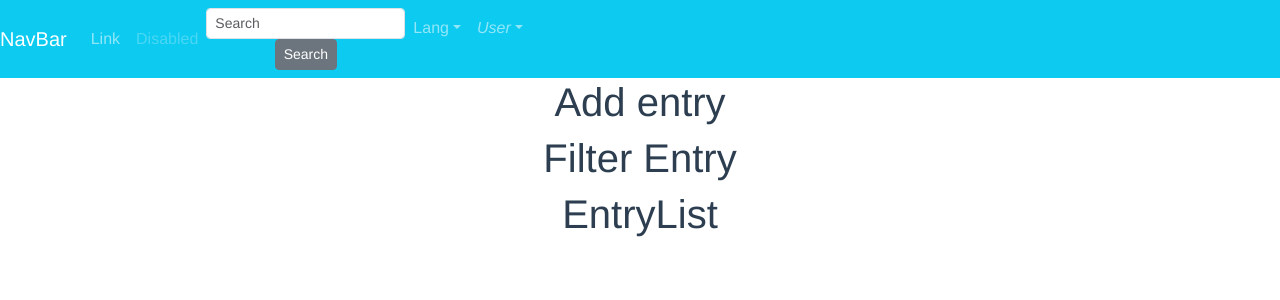
Repository: Madaless/vue_elastic
Page: / (app in vuejsapp/crudapp/)
An editor plug-in stored every save of this project. The page is shown before and after the next save, followed by the edit.
The browser window is 1280 px wide. The pictures show the whole page.
The page's requests for data from a server got no answer. The project was rebuilt for these pictures with package versions that can differ from the ones it lists, and the page was loaded fresh each time. No one was signed in, and anything a server would have sent is missing.

Above is the page before, as saved 2021-09-09 15:04:17.

### vuejsapp/crudapp/src/main.js
import Vue from 'vue'
import App from './App.vue'
import store from  './store/index'
import { BootstrapVue, IconsPlugin } from 'bootstrap-vue'

// Import Bootstrap an BootstrapVue CSS files (order is important)
import 'bootstrap/dist/css/bootstrap.css'
import 'bootstrap-vue/dist/bootstrap-vue.css'

// Make BootstrapVue available throughout your project
Vue.use(BootstrapVue)
// Optionally install the BootstrapVue icon components plugin
Vue.use(IconsPlugin)

Vue.config.productionTip = false

new Vue({
  store,
  render: h => h(App),
}).$mount('#app')

### vuejsapp/crudapp/src/App.vue
<template>
  <div id="app">
     <b-navbar toggleable="lg" type="dark" variant="info">
    <b-navbar-brand href="#">NavBar</b-navbar-brand>

    <b-navbar-toggle target="nav-collapse"></b-navbar-toggle>

    <b-collapse id="nav-collapse" is-nav>
      <b-navbar-nav>
        <b-nav-item href="#">Link</b-nav-item>
        <b-nav-item href="#" disabled>Disabled</b-nav-item>
      </b-navbar-nav>

      <!-- Right aligned nav items -->
      <b-navbar-nav class="ml-auto">
        <b-nav-form>
          <b-form-input size="sm" class="mr-sm-2" placeholder="Search"></b-form-input>
          <b-button size="sm" class="my-2 my-sm-0" type="submit">Search</b-button>
        </b-nav-form>

        <b-nav-item-dropdown text="Lang" right>
          <b-dropdown-item href="#">EN</b-dropdown-item>
          <b-dropdown-item href="#">ES</b-dropdown-item>
          <b-dropdown-item href="#">RU</b-dropdown-item>
          <b-dropdown-item href="#">FA</b-dropdown-item>
        </b-nav-item-dropdown>

        <b-nav-item-dropdown right>
          <!-- Using 'button-content' slot -->
          <template #button-content>
            <em>User</em>
          </template>
          <b-dropdown-item href="#">Profile</b-dropdown-item>
          <b-dropdown-item href="#">Sign Out</b-dropdown-item>
        </b-nav-item-dropdown>
      </b-navbar-nav>
    </b-collapse>
  </b-navbar>
    <AddEntry/>
    <FilterEntry/>
    <EntryList/>
  </div>
</template>

<script>
import AddEntry from './components/AddEntry.vue'
import FilterEntry from './components/FilterEntry.vue'
import EntryList from './components/EntryList.vue'


export default {
  name: 'App',
  components: {
    AddEntry,
    FilterEntry,
    EntryList
  }
}
</script>

<style>
#app {
  font-family: Avenir, Helvetica, Arial, sans-serif;
  -webkit-font-smoothing: antialiased;
  -moz-osx-font-smoothing: grayscale;
  text-align: center;
  color: #2c3e50;
}
</style>

### vuejsapp/crudapp/src/store/index.js
import Vuex from 'vuex';
import Vue from 'vue';
import entryList from './modules/entryList';

Vue.use(Vuex);

export default new Vuex.Store({
    modules: {
        entryList
    }
})

### vuejsapp/crudapp/src/components/AddEntry.vue
<template>
    <div>
        <h1>Add entry</h1>
    </div>
</template>

<script>

export default ({
    setup() {

    },
})
</script>

<style scoped>

</style>

### vuejsapp/crudapp/src/components/FilterEntry.vue
<template>
    <div>
        <h1>Filter Entry</h1>
    </div>
</template>

<script>

export default ({
    setup() {

    },
})
</script>

<style scoped>

</style>

### vuejsapp/crudapp/src/components/EntryList.vue
<template>
    <div>
        <h1>EntryList</h1>

        <div class="todos">
            <div
                v-for="entry in entryList"
                class="todo"
                v-bind:key="entry.key">
                {{ entry.title }}
            </div>
        </div>
    </div>
</template>

<script>
import { mapGetters, mapActions } from "vuex";

export default {
  name: "EntryList",
  methods: {
    ...mapActions(["fetchEntryList"]),
  },
  computed: mapGetters(["entryList"]),
  created() {
    this.fetchEntryList();
  }
};
</script>

<style scoped>
</style>

### vuejsapp/crudapp/src/store/modules/entryList.js
import axios from 'axios';

const state = {
  entryList: []
};
// get the state
const getters = {
  entryList: (state) => {
    return state.entryList
  }
};

const actions = {
    // fetch from api
  async fetchEntryList({ commit }) {
    const response = await axios.get('https://jsonplaceholder.typicode.com/todos');

    commit('setEntryList', response.data);
  }
}

const mutations = {
    setEntryList: (state, entryList) => (state.entryList = entryList)
};

export default {
    state,
    getters,
    actions,
    mutations
};

Loaded but not shown: vuejsapp/crudapp/public/index.html (common file)

After the next save:
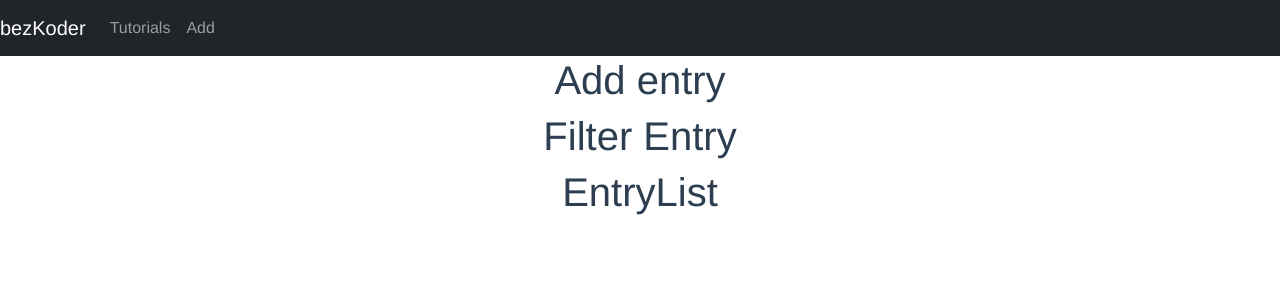
Saved 77 s later.
--- a/vuejsapp/crudapp/src/App.vue
+++ b/vuejsapp/crudapp/src/App.vue
@@ -1,41 +1,16 @@
 <template>
   <div id="app">
-     <b-navbar toggleable="lg" type="dark" variant="info">
-    <b-navbar-brand href="#">NavBar</b-navbar-brand>
-
-    <b-navbar-toggle target="nav-collapse"></b-navbar-toggle>
-
-    <b-collapse id="nav-collapse" is-nav>
-      <b-navbar-nav>
-        <b-nav-item href="#">Link</b-nav-item>
-        <b-nav-item href="#" disabled>Disabled</b-nav-item>
-      </b-navbar-nav>
-
-      <!-- Right aligned nav items -->
-      <b-navbar-nav class="ml-auto">
-        <b-nav-form>
-          <b-form-input size="sm" class="mr-sm-2" placeholder="Search"></b-form-input>
-          <b-button size="sm" class="my-2 my-sm-0" type="submit">Search</b-button>
-        </b-nav-form>
-
-        <b-nav-item-dropdown text="Lang" right>
-          <b-dropdown-item href="#">EN</b-dropdown-item>
-          <b-dropdown-item href="#">ES</b-dropdown-item>
-          <b-dropdown-item href="#">RU</b-dropdown-item>
-          <b-dropdown-item href="#">FA</b-dropdown-item>
-        </b-nav-item-dropdown>
-
-        <b-nav-item-dropdown right>
-          <!-- Using 'button-content' slot -->
-          <template #button-content>
-            <em>User</em>
-          </template>
-          <b-dropdown-item href="#">Profile</b-dropdown-item>
-          <b-dropdown-item href="#">Sign Out</b-dropdown-item>
-        </b-nav-item-dropdown>
-      </b-navbar-nav>
-    </b-collapse>
-  </b-navbar>
+     <nav class="navbar navbar-expand navbar-dark bg-dark">
+      <router-link to="/" class="navbar-brand">bezKoder</router-link>
+      <div class="navbar-nav mr-auto">
+        <li class="nav-item">
+          <router-link to="/tutorials" class="nav-link">Tutorials</router-link>
+        </li>
+        <li class="nav-item">
+          <router-link to="/add" class="nav-link">Add</router-link>
+        </li>
+      </div>
+    </nav>
     <AddEntry/>
     <FilterEntry/>
     <EntryList/>
